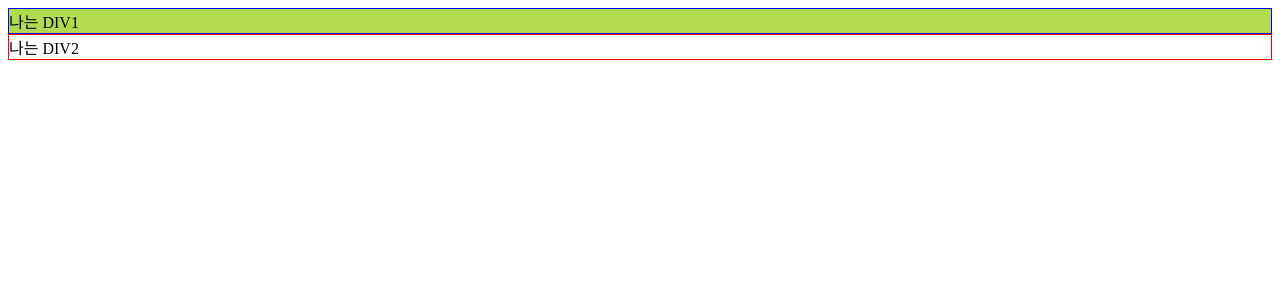
Repository: gold37/JAVA_HOME
Page: myjsp/myjsp/HTML5/WebContent/ch01_cssOrder/cssOrder.html
These files come from the project's save history. The page is drawn as it stood at one moment and after the next save; the edit follows.
The browser window is 1280 px wide. The pictures show the whole page.

Above is the page before, as saved 2020-04-22 03:30:31.

### myjsp/myjsp/HTML5/WebContent/ch01_cssOrder/cssOrder.html
<!DOCTYPE html>
<html>
<head>
<meta charset="UTF-8">
<title>Insert title here</title>

</head>
<body>

<div style="border: solid 1px blue; background-color: #B1DB4E;">나는 DIV1</div>
<div style="border: solid 1px red";>나는 DIV2</div>


</body>
</html>

After the next save:
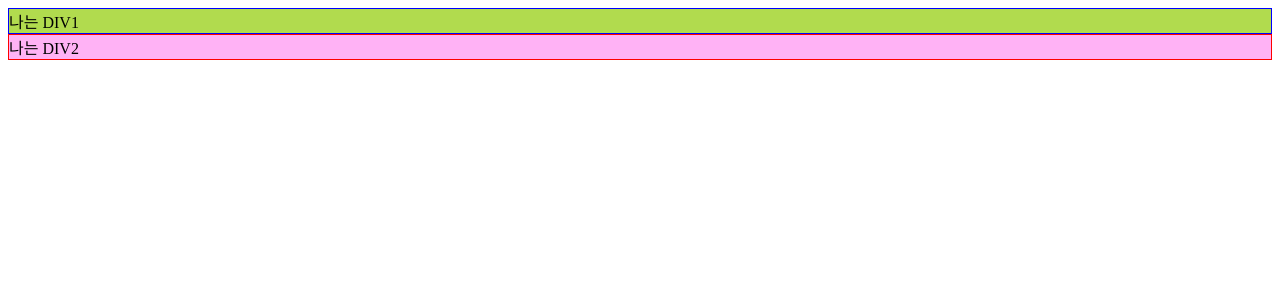
Saved 43 s later.
--- a/myjsp/myjsp/HTML5/WebContent/ch01_cssOrder/cssOrder.html
+++ b/myjsp/myjsp/HTML5/WebContent/ch01_cssOrder/cssOrder.html
@@ -8,7 +8,7 @@
 <body>
 
 <div style="border: solid 1px blue; background-color: #B1DB4E;">나는 DIV1</div>
-<div style="border: solid 1px red";>나는 DIV2</div>
+<div style="border: solid 1px red; background-color: #FFB2F5";>나는 DIV2</div>
 
 
 </body>
